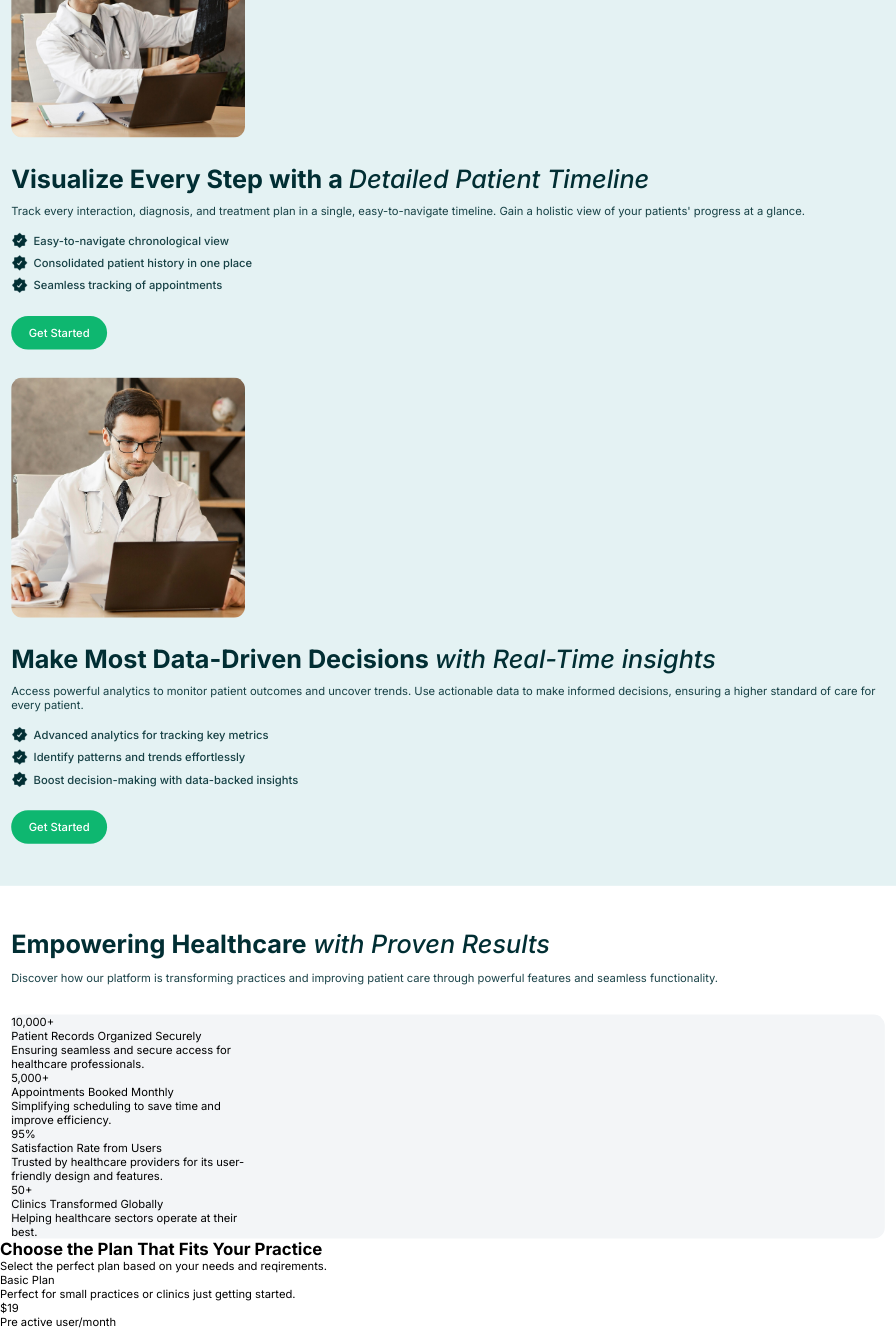
Repository: DiegoWWeege/recuperacao-prova-front-end
Page: index.html
An editor plug-in stored every save of this project. The page is shown before and after a run of saves, followed by the edit.
The browser window is 1280 px wide. The pictures show the part of the page from y = 1738 to 3658 px (the page is 3637 px tall before and 3658 px after), at 70% of full size.

Above is the page before, as saved 2026-06-22 19:03:56.

### index.html
<!DOCTYPE html>
<html lang="pt-br">
<head>
    <meta charset="UTF-8">
    <meta name="viewport" content="width=device-width, initial-scale=1.0">
    <title>ERTIFY HEALTH</title>
    <link rel="stylesheet" href="style.css">
</head>
<body>

    <!--Cabeçalho da Lading Page-->

    <header>
        <img src="images/logo.png" alt="Ertify Health logo">

        <section>
        <button aria-label = "Get Started" class = "get-started-button">Get Started</button>

            <img src="icons/burguer-menu.png" alt="Burguer menu">
        </section>
    </header>

    <!--Conteúdo principal da Lading Page-->
    <main class = "hero-section">

        <section>
            <h1>Simple & Secure Patient <span>Management</span></h1>
            <!-- Foi dado um espaço na palavra &amp, pois quando junta apresentava erro no html!-->
            <p>CERTIFY’s platform automates intake & amp; check-in processes
            so you can put the focus back on delivering quality care.</p>
        </section>

        <section id = "buttons-section">
            <button  aria-label = "Get Started" class = "get-started-button">Get Started</button>
            <button aria-label = "Play demo" class = "play-demo-button">Play Demo</button>
        </section>

        <img src="images/three-doctors.png" alt="Three doctors">
    </main>



    <section class = "section-patient-journey">
        <h2>Get a Proper Visualisation on <span>Patient Jouney</span></h2>

        <p>Understand and  manage your patients' healthcare journeys with
            clarity and precision. Our platform offers tools that provide
            actionable insights at every stage.</p>


        <section class = "image-text-benefits">

            <img src="images/doctor-xray.png" alt="A doctor sitting in his desk looking at an x-ray">

            <h2>Visualize Every Step with a <span>Detailed Patient Timeline</span></h2>

            <p>Track every interaction, diagnosis, and treatment
                plan in a single, easy-to-navigate
                timeline. Gain a holistic view of your patients'
                progress at a glance.</p>

            <section class = "benefits-grid">

                <img src="icons/checkmark-badge-02.png" alt="">
                <p class = "benefit">Easy-to-navigate chronological view</p>

                <img src="icons/checkmark-badge-02.png" alt="">
                <p class = "benefit">Consolidated patient history in one place</p>

                <img src="icons/checkmark-badge-02.png" alt="">
                <p class = "benefit">Seamless tracking of appointments</p>

            </section>

            <button  aria-label = "Get Started" class = "get-started-button">Get Started</button>

        </section>

        <section class = "image-text-benefits">

            <img src="images/doctor-laptop.png" alt="A doctor sitting in his desk looking at an x-ray">

            <h2>Make Most Data-Driven Decisions <span>with Real-Time insights</span></h2>

            <p>Access powerful analytics to monitor patient outcomes
                and uncover trends. Use actionable data
                 to make informed decisions, ensuring a higher standard
                 of care for every patient.</p>

            <section class = "benefits-grid">

                <img src="icons/checkmark-badge-02.png" alt="">
                <p class = "benefit">Advanced analytics for tracking key metrics</p>

                <img src="icons/checkmark-badge-02.png" alt="">
                <p class = "benefit">Identify patterns and trends effortlessly</p>

                <img src="icons/checkmark-badge-02.png" alt="">
                <p class = "benefit">Boost decision-making with data-backed insights</p>

            </section>

            <button  aria-label = "Get Started" class = "get-started-button">Get Started</button>

        </section>

    </section>

    <section class = "section-empowering-healthcare">
        <section class = "main-text">
            <h2>Empowering Healthcare<span> with Proven Results</span></h2>

        <p>Discover how our platform is transforming practices and improving
            patient care through powerful features and seamless functionality.</p>
        </section>

        <section class = "boxes-grid">
            <section class = "large-box">
                <p class = "first-p">10,000+</p>
                <p class = "second-p">Patient Records Organized Securely</p>

                <p class = "third-p">Ensuring seamless and secure access for healthcare professionals.</p>
            </section>

            <section class = "tiny-box">
                <p>5,000+</p>
                <p>Appointments Booked Monthly</p>

                <p>Simplifying scheduling to save time and improve efficiency.</p>
            </section>

            <section class = "large-box">
                <p>95%</p>
                <p>Satisfaction Rate from Users</p>

                <p>Trusted by healthcare providers for its user-friendly design and features.</p>
            </section>

            <section class = "tiny-box">
                <p>50+</p>
                <p>Clinics Transformed Globally</p>

                <p>Helping healthcare sectors operate at their best.</p>
            </section>
        </section>

    </section>


    <section id="plans-section">
        <h2>Choose the Plan That Fits <span>Your Practice</span></h2>

        <p>Select the perfect plan based on your needs and reqirements. </p>

        <section class = "white-plan">
            <p>Basic Plan</p>

            <p>Perfect for small practices or clinics just getting started.</p>

            <p>$19</p>

            <p>Pre active user/month</p>

        </section>
    </section>
</body>
</html>

### style.css
@import url('https://fonts.googleapis.com/css2?family=Inter:ital,opsz,wght@0,14..32,100..900;1,14..32,100..900&family=Roboto:ital,wght@0,100..900;1,100..900&display=swap');

*{
    margin: 0px;
    padding: 0px;
    font-family: 'Inter', sans-serif;
}

img{
    object-fit: cover;
}

header{
    background-color: #012E33;
    width: 100vw;
    border-bottom: 1px solid #1A4347;
    display: grid;
    grid-template-columns: 1fr auto;
    align-items: center;
    padding: 1rem;
    box-sizing: border-box;
}

.get-started-button{
    background-color: #0EB770;
    color: white;
    font-size: 1rem;
    font-weight: 500;
    border-radius: 100px;
    height: 2.5rem;
    width: 8.063rem;
    border-style: none;
    justify-self: end;

}

header section{
    display: grid;
    grid-template-columns:auto auto;
    align-items: center;
    gap: 1rem;
}

.hero-section{
    background-color: #012E33;
    padding-top: 4.313rem;
    box-sizing: border-box;
}

.hero-section h1{
    font-family: "Inter" , sans-serif;
    font-size: 2.75rem;
    font-weight: 700;
    color: white;
    margin-bottom: 0.75rem;
    margin-left: 1.375rem;
    margin-right: 0.625rem;

}

.hero-section span{
    font-weight: 400;
    font-family: "Inter" , sans-serif;
    font-style: italic;
}

.hero-section p{
    color: rgba(255, 255, 255, 0.904);
    line-height: 1.625rem;
    margin-bottom: 4.313rem;
    margin-left: 1.375rem;
    margin-right: 0.625rem;
}

.hero-section #buttons-section button{
    width: 21.438rem;
    height: 3.5rem;
    margin-left: 1.375rem;
    margin-right: 0.625rem;
}

.hero-section #buttons-section .get-started-button{
    margin-bottom: 1rem;
}

.hero-section #buttons-section .play-demo-button{
    border: 1px solid #044046;
    border-radius: 100px;
    background: none;
    color: white;
    align-items: center;
    font-weight: 500;
    font-size: 16px;
}

.hero-section img{
    width: 100vw;
    margin-top: 2rem;
}

.section-patient-journey{
    background-color: #E4F2F3;
    padding-left: 1rem;
    padding-right: 1rem;
    padding-top: 3.75rem;
    padding-bottom: 3.75rem;
}

.section-patient-journey h2{
    font-family: "Inter" , sans-serif;
    font-weight: 700;
    font-size: 36px;
    line-height: 46px;
    color: #012E33;
    text-align: center;
}

.section-patient-journey span{
    font-weight: 500;
    font-style: italic;
}

.section-patient-journey p{
    color: #012e33e7;
    font-weight: 400;
    text-align: center;
    margin-top: 0.75rem;
}

.section-patient-journey img{
    height: 21.438rem;
    width: 20.875rem;
    border-radius: 1rem;
    margin-top: 2.5rem;
    margin-bottom: 2rem;
}

.section-patient-journey .image-text-benefits h2{
    text-align: start;
}

.section-patient-journey .image-text-benefits p{
    text-align:  start;
}

.image-text-benefits .benefits-grid{
    display: grid;
    grid-template-columns: auto 1fr;
    gap: 0.5rem;
    margin-top: 1.313rem;
    margin-bottom: 2rem;
}

.image-text-benefits .benefits-grid img{
    width: 1.5rem;
    height: 1.5rem;
    margin: 0px;

}

.image-text-benefits .benefits-grid p{
    margin: 0px;
    align-self: center;
    font-weight: 500;
}

.image-text-benefits .get-started-button{
    height: 3rem;
    width: 8.563rem;
}

.section-empowering-healthcare .main-text{
    margin-top: 3.75rem;
    margin-left: 1rem;
}

.section-empowering-healthcare .main-text h2{
    font-family: "Inter" , sans-serif;
    font-weight: 700;
    line-height: 46px;
    font-size: 36px;
    color: #012E33;
    margin-bottom: 0.75rem;
}

.section-empowering-healthcare .main-text span{
    font-weight: 500;
    font-style: italic;
}

.section-empowering-healthcare .main-text p{
    font-family: "Inter" , sans-serif;
    font-weight: 400;
    font-size: 16px;
    line-height: 26px;
    color: #012E33E5;
    margin-bottom: 2.5rem;

}

.section-empowering-healthcare .boxes-grid{
    display: grid;
    grid-template-columns: 21.438rem;
    background-color: #F3F5F7;
    border-radius: 16px;
    margin-left: 1rem;
    margin-right: 1rem;

.boxes-grid .first-box{
 margin-left: ;
}

After the next 3 saves:
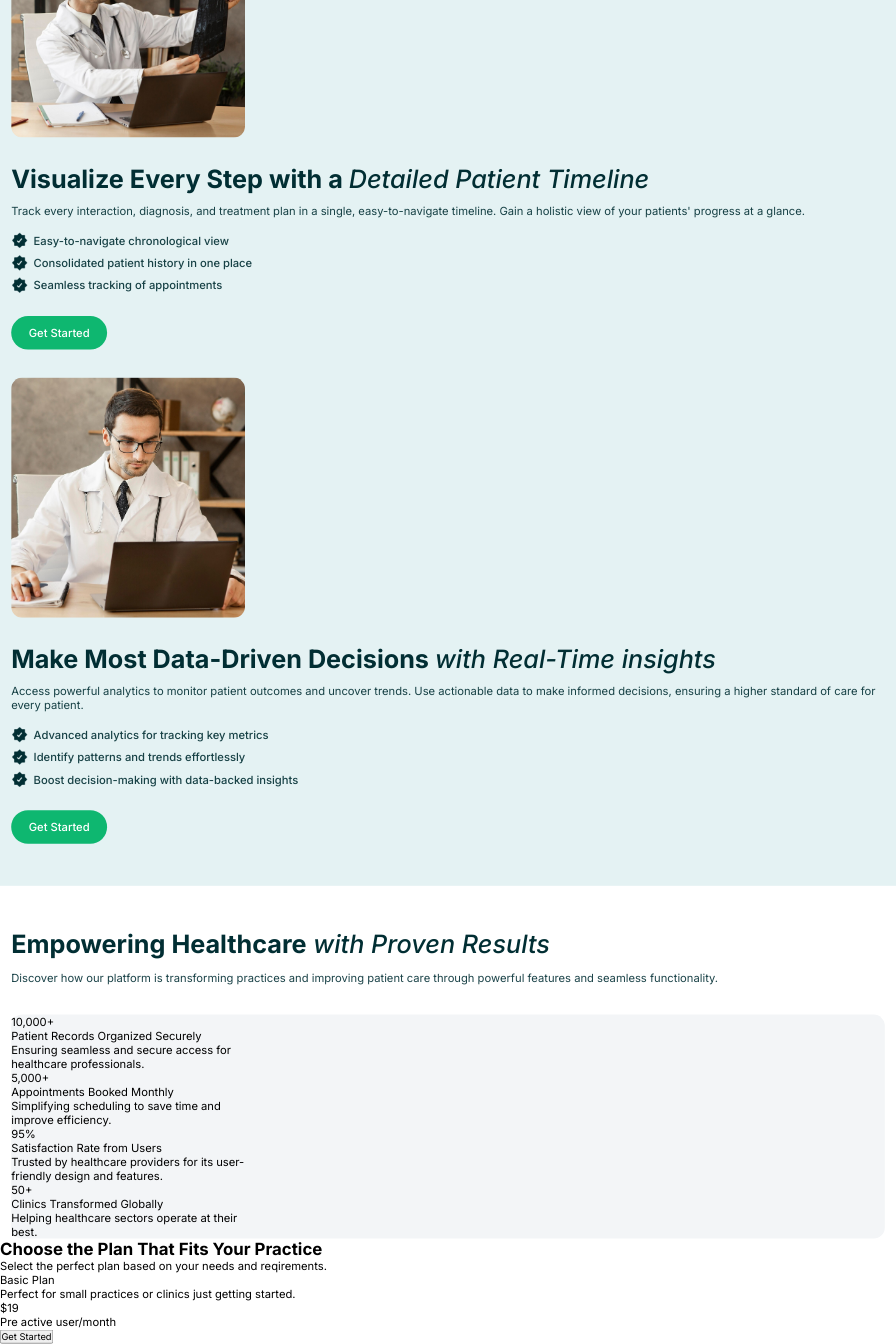
The 3 saves are shown as one change because they came seconds apart.
The last was saved 11 s later.
--- a/index.html
+++ b/index.html
@@ -161,6 +161,8 @@
 
             <p>Pre active user/month</p>
 
+
+            <button>Get Started</button>
         </section>
     </section>
 </body>
